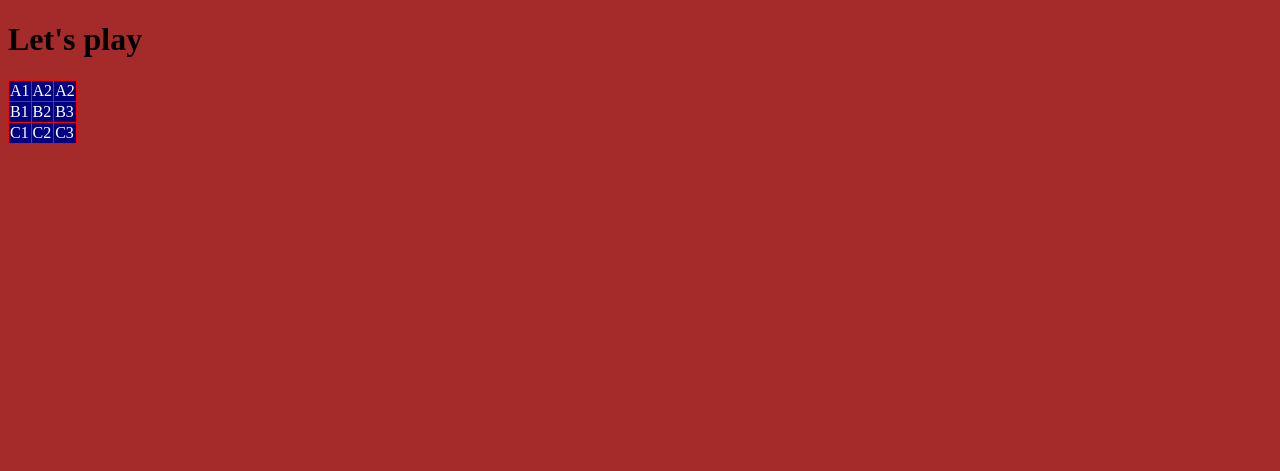
Repository: anas-essaguiar/epita.advancedWeb
Page: tictatoe/index.html
The author's editor kept a copy of each file at every save. The page is drawn from the files as they stood at one save, then again after the next save.
The browser window is 1280 px wide. The pictures show the whole page.

Above is the page before, as saved 2021-04-14 15:00:21.

After the next save:
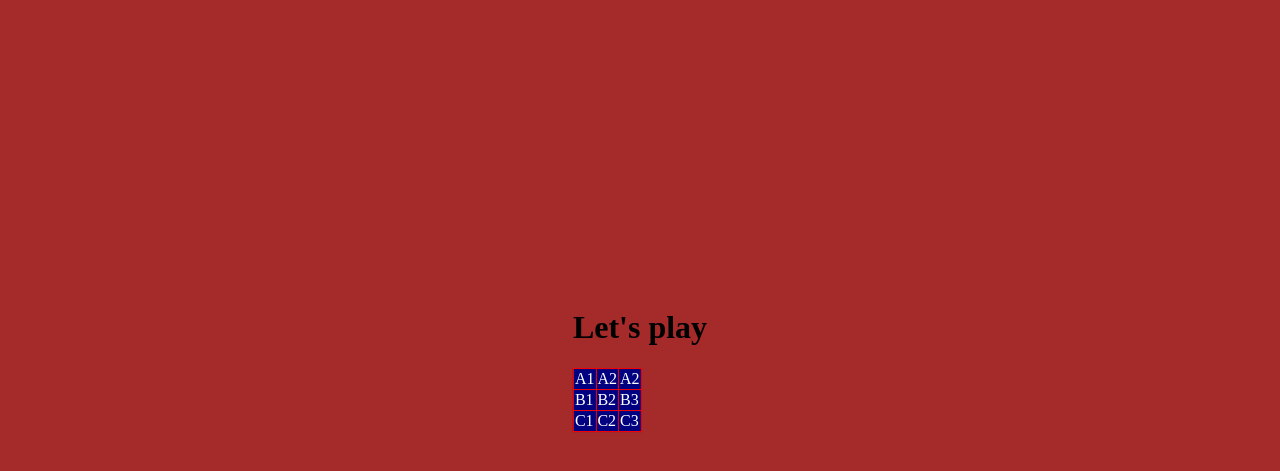
Saved 58 s later.
--- a/tictatoe/style.css
+++ b/tictatoe/style.css
@@ -1,5 +1,4 @@
 body{
-
 background-color: brown;
 }
 .col{
@@ -11,3 +10,10 @@ background-color: brown;
     border-spacing: 10px;
     border-collapse: collapse;
 }
+.centered {
+    position: absolute;
+    top: 50%;
+    left: 50%;
+    margin-right: -50%;
+    transform: translate(-50%, -50%);
+  }
